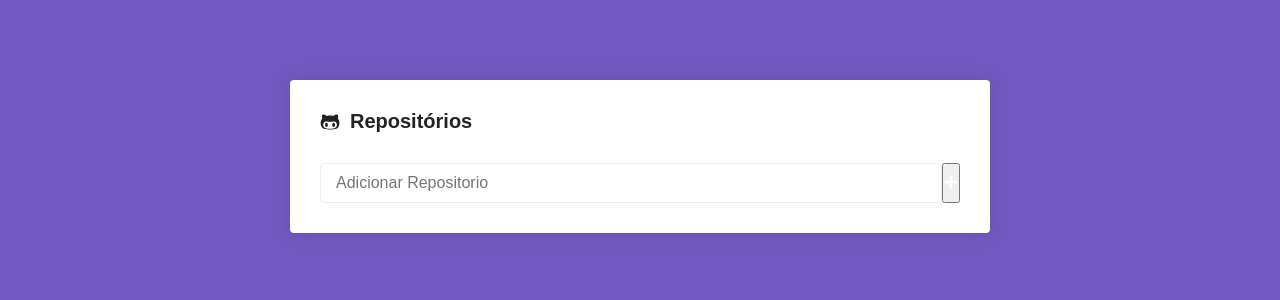
Repository: vadyvarela/Github-Api-ReactJs
Page: /
The author's editor kept a copy of each file at every save. The page is drawn from the files as they stood at one save, then again after the next save.
The browser window is 1280 px wide. The pictures show the whole page.
The project was rebuilt for these pictures with package versions that can differ from the ones it lists, and the page was loaded fresh each time. Also part of the build but not shown: src/pages/Repository/index.js.

Above is the page before, as saved 2019-10-22 19:29:27.

### src/App.js
import React from 'react';
import Routes from './routes';
import GlobalStyles from './styles/global';

function App() {
    return (
        <>
            <Routes />
            <GlobalStyles />
        </>
    );
}

export default App;

### src/routes.js
import React from 'react';
import { BrowserRouter, Switch, Route } from 'react-router-dom';

import Main from './pages/Main';
import Repository from './pages/Repository';

export default function Routes() {
    return (
        <BrowserRouter>
            <Switch>
                <Route path="/" exact component={Main} />
                <Route path="/repository" component={Repository} />
            </Switch>
        </BrowserRouter>
    );
}

### src/styles/global.js
import { createGlobalStyle } from 'styled-components';

export default createGlobalStyle`
    * {
        margin: 0;
        padding: 0;
        outline: 0;
        box-sizing: border-box;
    }

    html, body, #root {
        min-height: 100%;
    }
    body {
        background: #7159c1;
        -webkit-font-smoothing: antialiased !important;
    }
    body, input, button {
        color: #222;
        font-size: 14px;
        font-family: Arial, Helvetica, sans-serif;
    }
    button {
        cursor: pointer;
    }
`;

### src/pages/Main/index.js
import React from 'react';
import { FaGithubAlt, FaPlus } from 'react-icons/fa';

import { Container, Form, SubmitButton } from './styles';

export default function Main() {
    return (
        <Container>
            <h1>
                <FaGithubAlt />
                Repositórios
            </h1>

            <Form onSubmit={() => {}}>
                <input type="text" placeholder="Adicionar Repositorio" />
                <SubmitButton disable>
                    <FaPlus color="#fff" size={14} />
                </SubmitButton>
            </Form>
        </Container>
    );
}

### src/pages/Main/styles.js
import styled from 'styled-components';

export const Container = styled.div`
    max-width: 700px;
    background: #fff;
    border-radius: 4px;
    box-shadow: 0 0 20px rgba(0, 0, 0, 0.1);
    padding: 30px;
    margin: 80px auto;

    h1 {
        font-size: 20px;
        display: flex;
        flex-direction: row;
        align-items: center;

        svg {
            margin-right: 10px;
        }
    }
`;

export const Form = styled.form`
    margin-top: 30px;
    display: flex;
    flex-direction: row;

    input {
        flex: 1;
        border: 1px solid #eee;
        padding: 10px 15px;
        border-radius: 4px;
        font-size: 16px;
    }
`;

export const SubmitButton = styled.button`
    color: #fff;
`;

Loaded but not shown: public/index.html (common file); src/index.js (common file)

After the next save:
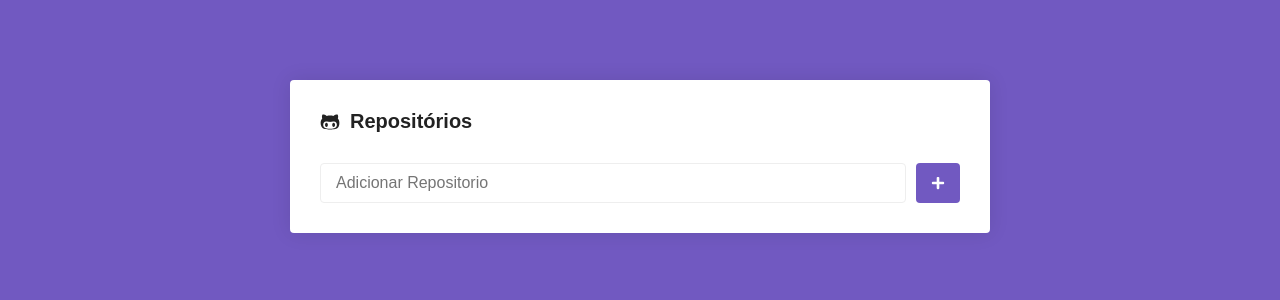
Saved 98 s later.
--- a/src/pages/Main/styles.js
+++ b/src/pages/Main/styles.js
@@ -35,5 +35,13 @@ export const Form = styled.form`
 `;
 
 export const SubmitButton = styled.button`
-    color: #fff;
+    background: #7159c1;
+    border: 0;
+    padding: 0 15px;
+    margin-left: 10px;
+    border-radius: 4px;
+
+    display: flex;
+    justify-content: center;
+    align-items: center;
 `;
